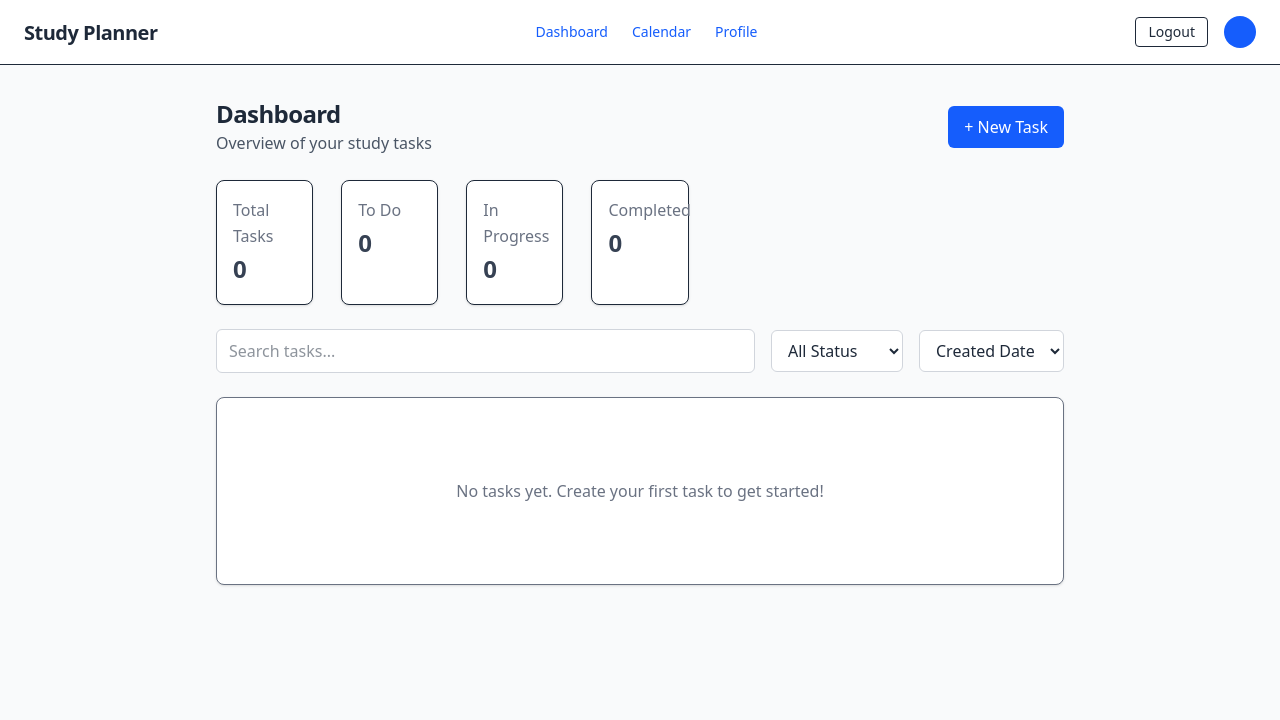
Repository: MarcusHoanggg/Personalized-Study-Planner
Page: / (app in Frontend/)
These files come from the project's save history. The page is drawn as it stood at one moment and after a run of saves; the edit follows.
The browser window is 1280 px wide. The pictures show the whole page.
The project was rebuilt for these pictures with package versions that can differ from the ones it lists, and the page was loaded fresh each time. Also part of the build but not shown: Frontend/vite.config.ts, Frontend/src/components/TaskCard.tsx, Frontend/src/components/NewTaskModal.tsx, Frontend/src/components/EditTaskModal.tsx, Frontend/src/ui/Card.tsx, Frontend/src/pages/CalendarPage.tsx, Frontend/src/ui/Avatar.tsx, Frontend/src/pages/ProfilePage.tsx and 2 more.

Above is the page before, as saved 2026-02-06 21:38:49.

### Frontend/index.html
<!doctype html>
<html lang="en">
  <head>
    <meta charset="UTF-8" />
    <link rel="icon" type="image/svg+xml" href="/logo.svg" />
    <meta name="viewport" content="width=device-width, initial-scale=1.0" />
    <title>Study Planner</title>
    <script>
      // Set light mode BEFORE any CSS loads to prevent flash of dark mode
      (function() {
        const savedTheme = localStorage.getItem('theme');
        if (savedTheme !== 'dark') {
          document.documentElement.classList.remove('dark');
          localStorage.setItem('theme', 'light');
        } else {
          document.documentElement.classList.add('dark');
        }
      })();
    </script>
  </head>
  <body>
    <div id="root"></div>
    <script type="module" src="/src/main.tsx"></script>
  </body>
</html>

### Frontend/src/main.tsx
import React from "react";
import { StrictMode } from 'react'
import { createRoot } from 'react-dom/client'
import { BrowserRouter } from 'react-router-dom';
import ReactDOM from 'react-dom/client';
import './index.css'
import App from './App';

// Ensure light mode is the default
// Check localStorage for saved theme preference, default to light if not set
const savedTheme = localStorage.getItem('theme')
if (savedTheme === 'dark') {
  document.documentElement.classList.add('dark')
} else {
  // Default to light mode - remove dark class if present
  document.documentElement.classList.remove('dark')
  // Save light mode preference
  localStorage.setItem('theme', 'light')
}

ReactDOM.createRoot(document.getElementById('root')!).render(
  <React.StrictMode>
    <BrowserRouter>
      <App />
    </BrowserRouter>
  </React.StrictMode>,
);

### Frontend/src/App.tsx
// // src/App.tsx
// import { BrowserRouter, Routes, Route } from "react-router-dom";
// import MainLayout from "./layout/MainLayout";
// import DashboardPage from "./pages/DashboardPage";
// import CalendarPage from "./pages/CalendarPage";
// import ProfilePage from "./pages/ProfilePage";

// export default function App() {
//   return (
//     <BrowserRouter>
//       <Routes>
//         <Route element={<MainLayout />}>
//           <Route path="/" element={<DashboardPage />} />
//           <Route path="/dashboard" element={<DashboardPage />} />
//           <Route path="/calendar" element={<CalendarPage />} />
//           <Route path="/profile" element={<ProfilePage />} />
//         </Route>
//       </Routes>
//     </BrowserRouter>
//   );
// }

import { Routes, Route } from "react-router-dom";
import MainLayout from "./layout/MainLayout";
import DashboardPage from "./pages/DashboardPage";
import CalendarPage from "./pages/CalendarPage";
import ProfilePage from "./pages/ProfilePage";
import LoginPage from "./pages/LoginPage";
import SignupPage from "./pages/SignupPage";

export default function App() {
  return (
    <Routes>
       <Route path="/signup" element={<SignupPage />} />
       <Route path="/login" element={<LoginPage />} />
      <Route element={<MainLayout />}>
        <Route path="/" element={<DashboardPage />} />
        <Route path="/dashboard" element={<DashboardPage />} />
        <Route path="/calendar" element={<CalendarPage />} />
        <Route path="/profile" element={<ProfilePage />} />
      </Route>
    </Routes>
  );
}

### Frontend/src/layout/MainLayout.tsx
// // src/layout/MainLayout.tsx
// import { NavLink, Outlet, useNavigate } from 'react-router-dom';
// import { logout, getCurrentUser } from '../services/auth';

// export default function MainLayout() {
//   const navigate = useNavigate();
//   const user = getCurrentUser();

//   const handleLogout = () => {
//     logout();
//     navigate('/login');
//   };

//   return (
//     <div className="app">
//       <header className="topbar">
//         <div className="logo">Study Planner</div>
//         <nav className="nav">
//           <NavLink to="/" end>Dashboard</NavLink>
//           <NavLink to="/calendar">Calendar</NavLink>
//           <NavLink to="/profile">Profile</NavLink>
//         </nav>
//         <div className="topbar-right">
//           <button onClick={handleLogout}>Logout</button>
//           <div className="avatar">{user?.username[0]?.toUpperCase()}</div>
//         </div>
//       </header>
//       <main className="content">
//         <Outlet />
//       </main>
//     </div>
//   );
// }
//
// src/layout/MainLayout.tsx
import { NavLink, Outlet, useNavigate } from "react-router-dom";
import { logout, getCurrentUser } from "../services/auth";

export default function MainLayout() {
  const navigate = useNavigate();
  const user = getCurrentUser();

  const handleLogout = () => {
    logout();
    navigate("/login");
  };

  return (
    <div className="min-h-screen bg-gray-50 dark:bg-slate-900 text-gray-800 dark:text-slate-50">
      <header className="bg-white dark:bg-slate-800 border-b border-border px-6 py-4 flex items-center justify-between">
        <h1 className="text-xl font-bold">Study Planner</h1>

        <nav className="flex gap-6 text-sm font-medium">
          <NavLink to="/dashboard" className={({ isActive }) => isActive ? "text-blue-600" : ""}>
            Dashboard
          </NavLink>
          <NavLink to="/calendar" className={({ isActive }) => isActive ? "text-blue-600" : ""}>
            Calendar
          </NavLink>
          <NavLink to="/profile" className={({ isActive }) => isActive ? "text-blue-600" : ""}>
            Profile
          </NavLink>
        </nav>

        <div className="flex items-center gap-4">
          <button onClick={handleLogout} className="text-sm px-3 py-1 border rounded">
            Logout
          </button>
          <div className="w-8 h-8 rounded-full bg-blue-600 text-white flex items-center justify-center">
            {user?.username?.[0]?.toUpperCase()}
          </div>
        </div>
      </header>

      <main className="max-w-4xl mx-auto px-6 py-8">
        <Outlet />
      </main>
    </div>
  );
}

### Frontend/src/pages/DashboardPage.tsx

// import { useEffect, useState } from "react";
// import { getTasks, createTask } from "../services/tasks";
// import PageHeader from "../ui/PageHeader";
// import StatsCard from "../ui/StatsCard";
// import Input from "../ui/Input";
// import Select from "../ui/Select";
// import Button from "../ui/Button";
// import EmptyState from "../ui/EmptyState";
// import type { Task } from "../types";
// import TaskCard from "../components/TaskCard";
// import NewTaskModal from "../components/NewTaskModal";

// export default function DashboardPage() {
//   const [tasks, setTasks] = useState<Task[]>([]);
//   const [search, setSearch] = useState("");
//   const [statusFilter, setStatusFilter] = useState<"all" | Task["status"]>("all");
//   const [showModal, setShowModal] = useState(false);

//   useEffect(() => {
//     getTasks().then((data) => setTasks(data));
//   }, []);

//   const stats = {
//     total: tasks.length,
//     todo: tasks.filter((t) => t.status === "todo").length,
//     inProgress: tasks.filter((t) => t.status === "in_progress").length,
//     completed: tasks.filter((t) => t.status === "completed").length,
//   };

//   const filtered = tasks.filter((t) => {
//     const matchesStatus = statusFilter === "all" || t.status === statusFilter;
//     const matchesSearch = t.title.toLowerCase().includes(search.toLowerCase());
//     return matchesStatus && matchesSearch;
//   });

//   const handleCreateTask = async (task: Task) => {
//     const newTask = await createTask(task);
//     setTasks((prev) => [...prev, newTask]);
//   };

//   return (
//     <div className="animate-pageFade">
//       <PageHeader title="Dashboard" subtitle="Overview of your study tasks">
//         <Button onClick={() => setShowModal(true)}>+ New Task</Button>
//       </PageHeader>

//       {showModal && (
//         <NewTaskModal
//           onClose={() => setShowModal(false)}
//           onCreate={handleCreateTask}
//         />
//       )}

//       <div className="grid grid-cols-4 gap-4 mb-6">
//         <StatsCard label="Total Tasks" value={stats.total} />
//         <StatsCard label="To Do" value={stats.todo} />
//         <StatsCard label="In Progress" value={stats.inProgress} />
//         <StatsCard label="Completed" value={stats.completed} />
//       </div>

//       <div className="flex items-center gap-4 mb-6">
//         <Input
//           placeholder="Search tasks..."
//           value={search}
//           onChange={(e) => setSearch(e.target.value)}
//         />

//         <Select
//           value={statusFilter}
//           onChange={(e) =>
//             setStatusFilter(e.target.value as "all" | Task["status"])
//           }
//         >
//           <option value="all">All Status</option>
//           <option value="todo">To Do</option>
//           <option value="in_progress">In Progress</option>
//           <option value="completed">Completed</option>
//         </Select>

//         <Select>
//           <option>Created Date</option>
//           <option>Deadline</option>
//           <option>Priority</option>
//         </Select>
//       </div>

//       {filtered.length === 0 ? (
//         <EmptyState message="No tasks yet. Create your first task to get started!" />
//       ) : (
//         <div className="space-y-3">
//   {filtered
//     .sort((a, b) => new Date(b.createdAt).getTime() - new Date(a.createdAt).getTime())
//     .map((t) => (
//       <TaskCard
//         key={t.id}
//         task={t}
//         onUpdate={(updated) =>
//           setTasks((prev) =>
//             prev.map((task) => (task.id === updated.id ? updated : task))
//           )
//         }
//         onDelete={(id) =>
//           setTasks((prev) => prev.filter((task) => task.id !== id))
//         }
//       />
//     ))}
// </div>

//       )}
//     </div>
//   );
// }

import { useEffect, useState } from "react";
import PageHeader from "../ui/PageHeader";
import StatsCard from "../ui/StatsCard";
import Input from "../ui/Input";
import Select from "../ui/Select";
import Button from "../ui/Button";
import EmptyState from "../ui/EmptyState";
import type { Task, TaskStatus } from "../types";
import TaskCard from "../components/TaskCard";
import NewTaskModal from "../components/NewTaskModal";
import EditTaskModal from "../components/EditTaskModal";

type StatusFilter = "all" | TaskStatus;
type SortBy = "created" | "deadline" | "priority";

export default function DashboardPage() {
  const [tasks, setTasks] = useState<Task[]>([]);
  const [search, setSearch] = useState("");
  const [statusFilter, setStatusFilter] = useState<StatusFilter>("all");
  const [sortBy, setSortBy] = useState<SortBy>("created");
  const [showNewModal, setShowNewModal] = useState(false);
  const [editingTask, setEditingTask] = useState<Task | null>(null);
  const [deleteId, setDeleteId] = useState<string | null>(null);

  // load from localStorage
  useEffect(() => {
    const saved = localStorage.getItem("tasks");
    if (saved) {
      setTasks(JSON.parse(saved));
    }
  }, []);

  // save to localStorage
  useEffect(() => {
    localStorage.setItem("tasks", JSON.stringify(tasks));
  }, [tasks]);

  const stats = {
    total: tasks.length,
    todo: tasks.filter((t) => t.status === "todo").length,
    inProgress: tasks.filter((t) => t.status === "in_progress").length,
    completed: tasks.filter((t) => t.status === "completed").length,
  };

  const filtered = tasks.filter((t) => {
    const matchesStatus = statusFilter === "all" || t.status === statusFilter;
    const matchesSearch = t.title.toLowerCase().includes(search.toLowerCase());
    return matchesStatus && matchesSearch;
  });

  let sorted = [...filtered];

  if (sortBy === "created") {
    sorted.sort(
      (a, b) =>
        new Date(b.createdAt).getTime() - new Date(a.createdAt).getTime()
    );
  } else if (sortBy === "deadline") {
    sorted.sort(
      (a, b) =>
        new Date(a.deadline ?? 0).getTime() -
        new Date(b.deadline ?? 0).getTime()
    );
  } else if (sortBy === "priority") {
    const order: Record<NonNullable<Task["priority"]>, number> = {
      high: 3,
      medium: 2,
      low: 1,
    };
    sorted.sort(
      (a, b) =>
        (order[b.priority ?? "medium"] ?? 2) -
        (order[a.priority ?? "medium"] ?? 2)
    );
  }

  const handleCreateTask = (task: Task) => {
    setTasks((prev) => [...prev, task]);
  };

  const handleUpdateTask = (updated: Task) => {
    setTasks((prev) => prev.map((t) => (t.id === updated.id ? updated : t)));
  };

  const handleDeleteTask = (id: string) => {
    setDeleteId(id);
  };

  const confirmDelete = () => {
    if (!deleteId) return;
    setTasks((prev) => prev.filter((t) => t.id !== deleteId));
    setDeleteId(null);
  };

  return (
    <div className="animate-pageFade">
      <PageHeader title="Dashboard" subtitle="Overview of your study tasks">
        <Button onClick={() => setShowNewModal(true)}>+ New Task</Button>
      </PageHeader>

      {showNewModal && (
        <NewTaskModal
          onClose={() => setShowNewModal(false)}
          onCreate={handleCreateTask}
        />
      )}

      {editingTask && (
        <EditTaskModal
          task={editingTask}
          onClose={() => setEditingTask(null)}
          onSave={handleUpdateTask}
        />
      )}

      {deleteId && (
        <div className="fixed inset-0 bg-black/40 flex items-center justify-center z-50">
          <div className="bg-white dark:bg-slate-900 rounded-xl p-5 w-full max-w-sm shadow-xl">
            <h3 className="text-lg font-semibold mb-2">Delete task?</h3>
            <p className="text-sm text-gray-600 dark:text-gray-300 mb-4">
              This action cannot be undone.
            </p>
            <div className="flex justify-end gap-3">
              <Button variant="outline" onClick={() => setDeleteId(null)}>
                Cancel
              </Button>
              <Button onClick={confirmDelete}>Delete</Button>
            </div>
          </div>
        </div>
      )}

      <div className="grid grid-cols-7 gap-7 mb-6">
        <StatsCard label="Total Tasks" value={stats.total} />
        <StatsCard label="To Do" value={stats.todo} />
        <StatsCard label="In Progress" value={stats.inProgress} />
        <StatsCard label="Completed" value={stats.completed} />
      </div>

      <div className="flex items-center gap-4 mb-6">
        <Input
          placeholder="Search tasks..."
          value={search}
          onChange={(e) => setSearch(e.target.value)}
        />

        <Select
          value={statusFilter}
          onChange={(e) =>
            setStatusFilter(e.target.value as StatusFilter)
          }
        >
          <option value="all">All Status</option>
          <option value="todo">To Do</option>
          <option value="in_progress">In Progress</option>
          <option value="completed">Completed</option>
        </Select>

        <Select
          value={sortBy}
          onChange={(e) => setSortBy(e.target.value as SortBy)}
        >
          <option value="created">Created Date</option>
          <option value="deadline">Deadline</option>
          <option value="priority">Priority</option>
        </Select>
      </div>

      {sorted.length === 0 ? (
        <EmptyState message="No tasks yet. Create your first task to get started!" />
      ) : (
        <div className="space-y-3">
          {sorted.map((t) => (
            <div
              key={t.id}
              className="transition-transform duration-200 hover:scale-[1.01]"
            >
              <TaskCard
                task={t}
                onUpdate={handleUpdateTask}
                onDelete={handleDeleteTask}
                onEdit={(task) => setEditingTask(task)}
              />
            </div>
          ))}
        </div>
      )}
    </div>
  );
}

### Frontend/src/services/auth.ts
// src/services/auth.ts
import type { User } from '../types';

let currentUser: User | null = null;

export function loginWithEmail(email: string): Promise<User> {
  return new Promise(resolve => {
    setTimeout(() => {
      currentUser = {
        id: '1',
        username: email.split('@')[0] || 'user',
        email,
        name: '',
        bio: '',
      };
      resolve(currentUser);
    }, 400);
  });
}

export function getCurrentUser(): User | null {
  return currentUser;
}

export function logout(): void {
  currentUser = null;
}

### Frontend/src/ui/PageHeader.tsx
import { ReactNode } from "react";

interface PageHeaderProps {
  title: string;
  subtitle?: string;
  children?: ReactNode;
}

export default function PageHeader({ title, subtitle, children }: PageHeaderProps) {
  return (
    <div className="flex items-center justify-between mb-6">
      <div>
        <h2>{title}</h2>
        {subtitle && (
          <p className="text-gray-600 dark:text-slate-300">{subtitle}</p>
        )}
      </div>
      {children}
    </div>
  );
}

### Frontend/src/ui/StatsCard.tsx
interface StatsCardProps {
  label: string;
  value: number | string;
}

export default function StatsCard({ label, value }: StatsCardProps) {
  return (
    <div className="bg-white dark:bg-slate-800 border border-border rounded-lg shadow p-4">
      <p className="text-gray-500 dark:text-slate-400">{label}</p>
      <p className="text-2xl font-bold">{value}</p>
    </div>
  );
}

### Frontend/src/ui/Input.tsx
import { InputHTMLAttributes } from "react";

export default function Input({ className = "", ...props }: InputHTMLAttributes<HTMLInputElement>) {
  return (
    <input
      className={`w-full px-3 py-2 rounded-md border border-gray-300 dark:border-slate-700 bg-white dark:bg-slate-800 text-gray-800 dark:text-slate-50 focus:ring-2 focus:ring-blue-500 outline-none ${className}`}
      {...props}
    />
  );
}

### Frontend/src/ui/Select.tsx
import { SelectHTMLAttributes } from "react";

export default function Select({ className = "", ...props }: SelectHTMLAttributes<HTMLSelectElement>) {
  return (
    <select
      className={`px-3 py-2 rounded-md border border-gray-300 dark:border-slate-700 bg-white dark:bg-slate-800 text-gray-800 dark:text-slate-50 focus:ring-2 focus:ring-blue-500 outline-none ${className}`}
      {...props}
    />
  );
}

### Frontend/src/ui/Button.tsx
import { ButtonHTMLAttributes } from "react";

interface Props extends ButtonHTMLAttributes<HTMLButtonElement> {
  variant?: "primary" | "secondary" | "outline";
}

export default function Button({ variant = "primary", className = "", ...props }: Props) {
  const base =
    "px-4 py-2 rounded-md font-medium transition-all duration-200 disabled:opacity-50 disabled:cursor-not-allowed";

  const variants = {
    primary: "bg-blue-600 text-white hover:bg-blue-700",
    secondary: "bg-gray-200 text-gray-800 hover:bg-gray-300 dark:bg-slate-700 dark:text-slate-50",
    outline:
      "border border-gray-300 dark:border-slate-600 text-gray-800 dark:text-slate-50 hover:bg-gray-100 dark:hover:bg-slate-800",
  };

  return <button className={`${base} ${variants[variant]} ${className}`} {...props} />;
}

### Frontend/src/ui/EmptyState.tsx
interface EmptyStateProps {
  message: string;
}

export default function EmptyState({ message }: EmptyStateProps) {
  return (
    <div className="text-center text-gray-500 dark:text-slate-400 py-20 bg-white dark:bg-slate-800 rounded-lg border border-border shadow">
      {message}
    </div>
  );
}

Loaded but not shown: Frontend/src/index.css (272 lines, source omitted)

After the next 2 saves:
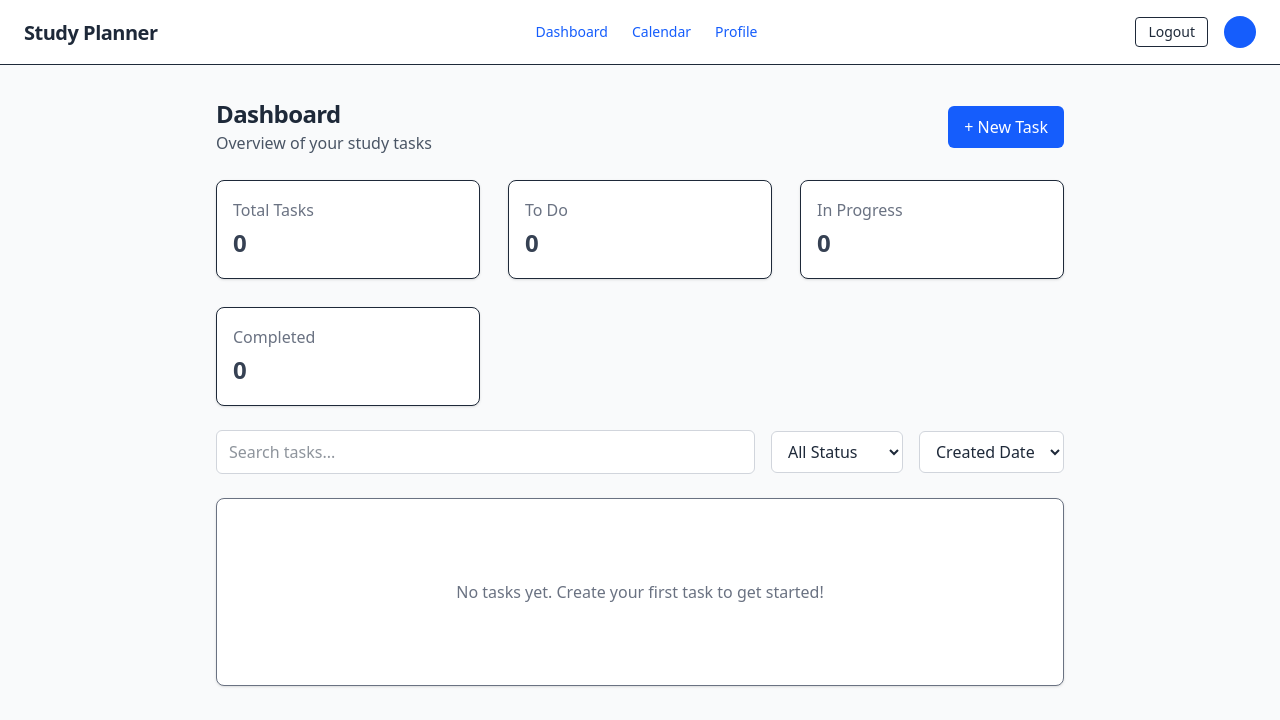
The 2 saves are shown as one change because they came seconds apart.
The last was saved 11 s later.
--- a/Frontend/src/pages/DashboardPage.tsx
+++ b/Frontend/src/pages/DashboardPage.tsx
@@ -244,7 +244,7 @@ export default function DashboardPage() {
         </div>
       )}
 
-      <div className="grid grid-cols-7 gap-7 mb-6">
+      <div className="grid grid-cols-3 gap-7 mb-6">
         <StatsCard label="Total Tasks" value={stats.total} />
         <StatsCard label="To Do" value={stats.todo} />
         <StatsCard label="In Progress" value={stats.inProgress} />
